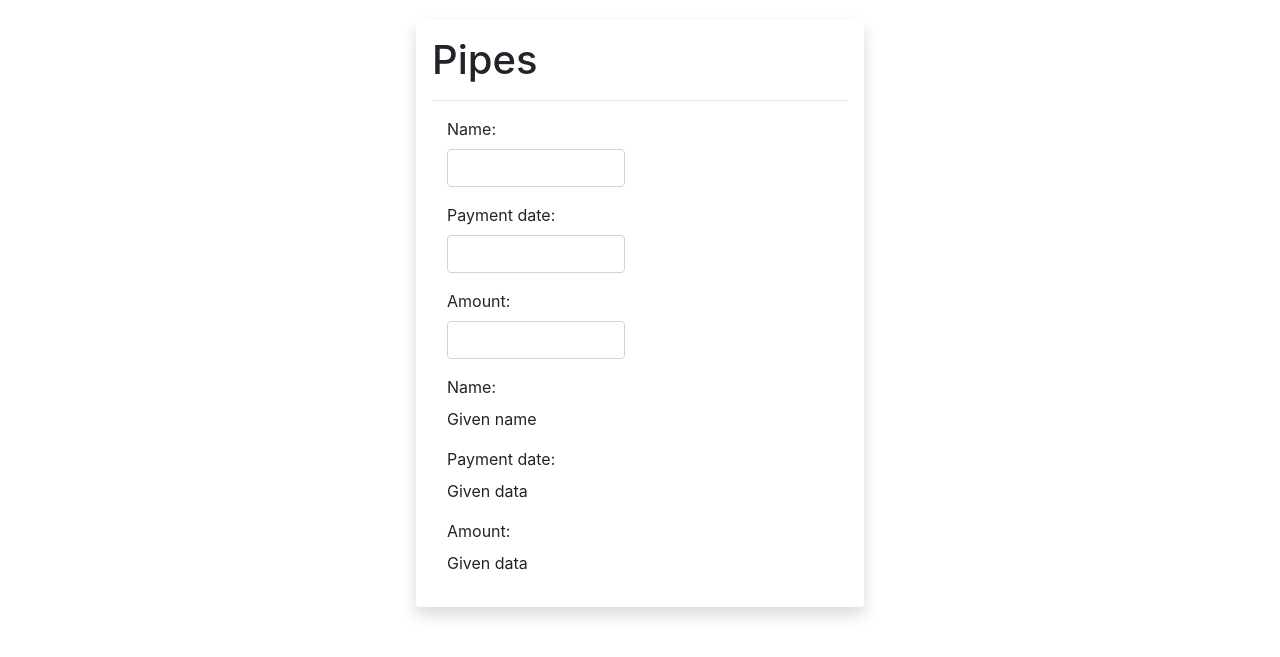
Repository: Evincars/udemy-angular
Page: / (app in pipes/)
These files come from the project's save history. The page is drawn as it stood at one moment and after the next save; the edit follows.
The browser window is 1280 px wide. The pictures show the whole page.
The project was rebuilt for these pictures with package versions that can differ from the ones it lists, and the page was loaded fresh each time. Also part of the build but not shown: pipes/angular.json.

Above is the page before, as saved 2020-04-05 10:14:37.

After the next save:
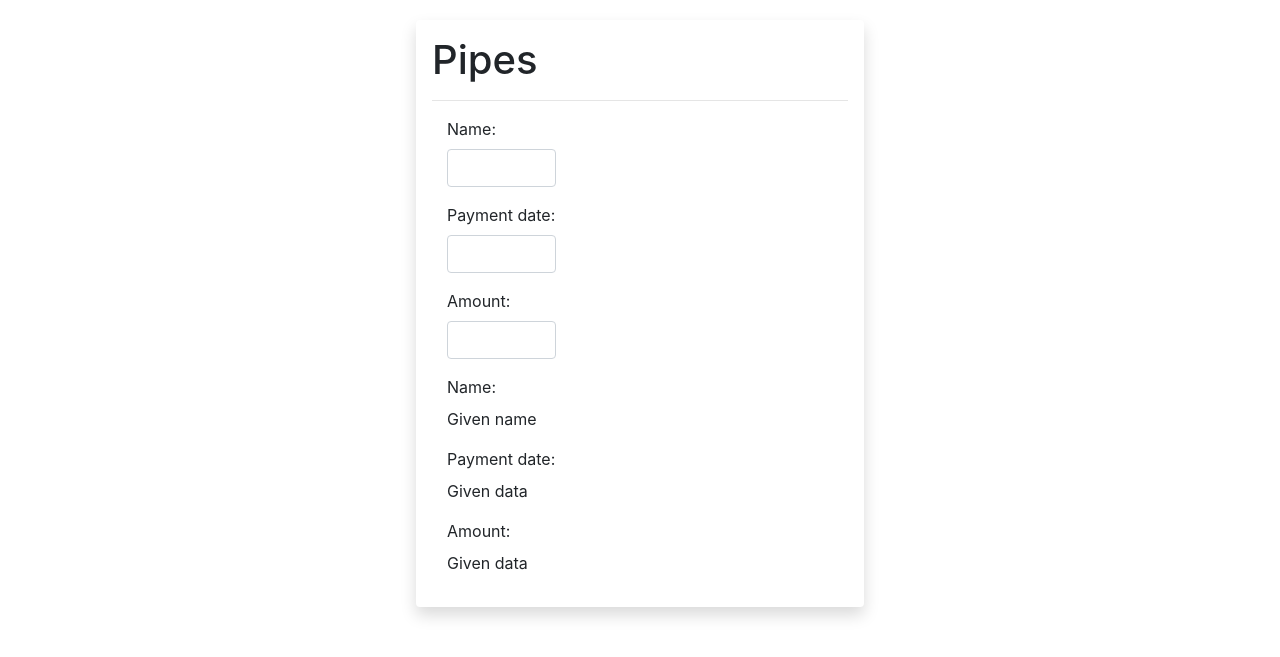
Saved 27 s later.
--- a/pipes/src/app/app.component.html
+++ b/pipes/src/app/app.component.html
@@ -1,7 +1,7 @@
 <div class="container shadow p-3 mb-5 bg-white rounded">
   <h1>Pipes</h1>
   <hr>
-  <div class="col-md-6">
+  <div class="col-md-4">
     <form>
       <div class="form-group">
         <label>Name:</label>
@@ -17,7 +17,7 @@
       </div>
     </form>
   </div>
-  <div class="col-md-6">
+  <div class="col-md-8">
       <label>Name:</label>
       <p>Given name</p>
       <label>Payment date:</label>
